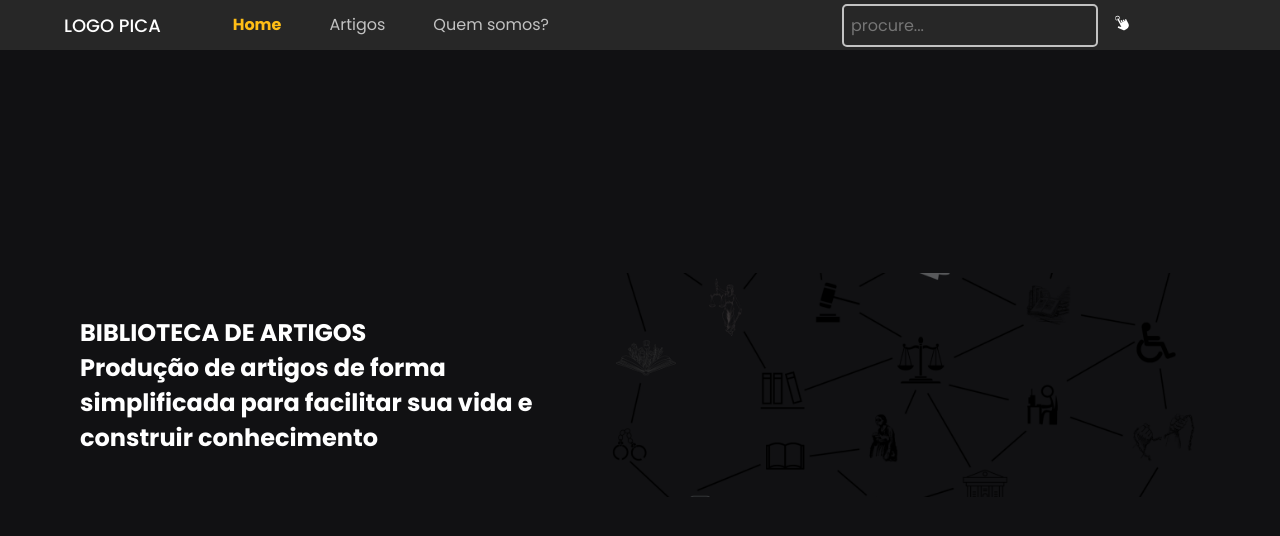
Repository: ArthurHendrich/Inepto
Page: /
These files come from the project's save history. The page is drawn as it stood at one moment and after the next save; the edit follows.
The browser window is 1280 px wide. The pictures show the whole page.
The project was rebuilt for these pictures with package versions that can differ from the ones it lists, and the page was loaded fresh each time. The framework's server and built-in components were replaced by stand-ins that run in the browser. Also part of the build but not shown: next.config.js.

Above is the page before, as saved 2022-07-06 19:36:23.

After the next save:
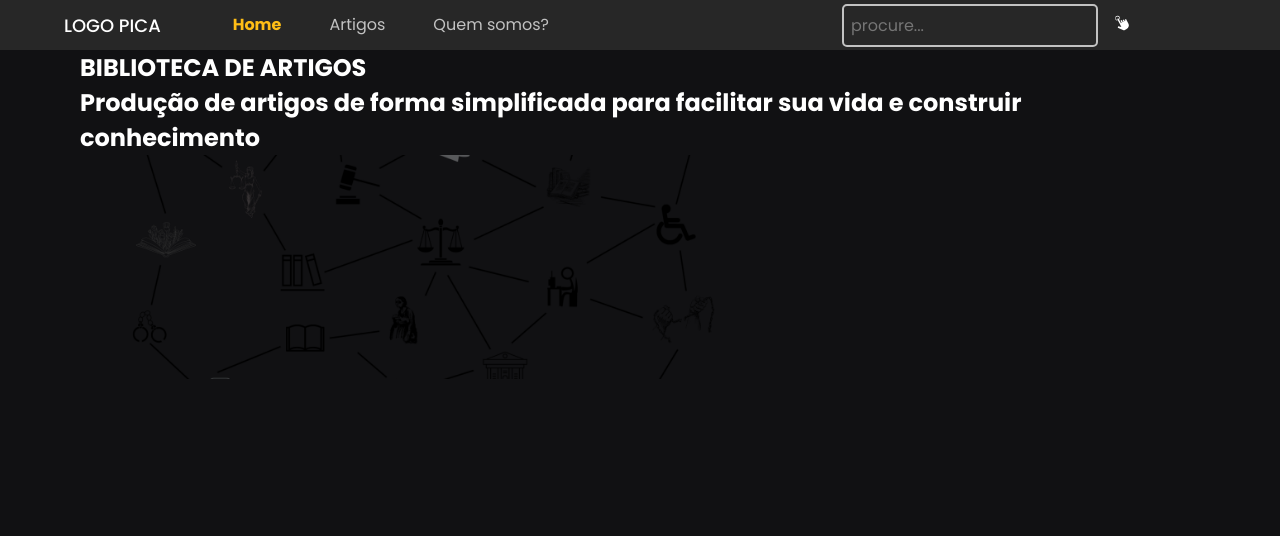
Saved 16 s later.
--- a/src/styles/home.module.scss
+++ b/src/styles/home.module.scss
@@ -3,10 +3,6 @@
   margin: 0 auto;
   max-width: 1120px;
 
-  display: flex;
-  align-items: center;
-  justify-content: space-between;
-
   img{
     max-width: 640px;
   }

After the 2 saves that followed:
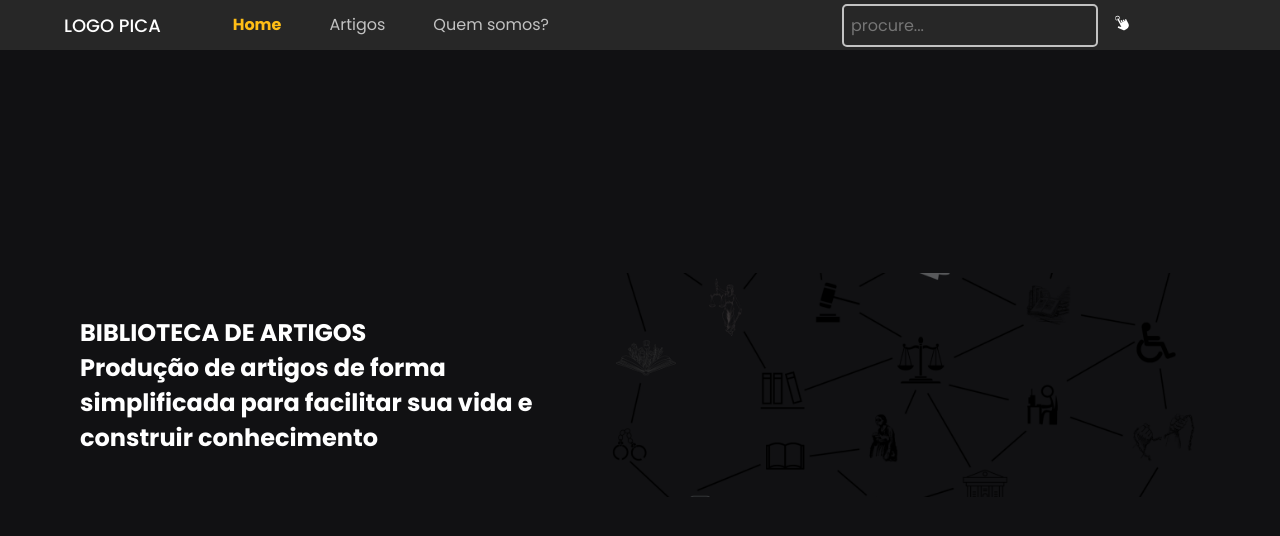
The 2 saves are shown as one change because they came seconds apart.
The last was saved 7 s later.
--- a/src/styles/home.module.scss
+++ b/src/styles/home.module.scss
@@ -3,6 +3,10 @@
   margin: 0 auto;
   max-width: 1120px;
 
+  display: flex;
+  align-items: center;
+
+
   img{
     max-width: 640px;
   }
